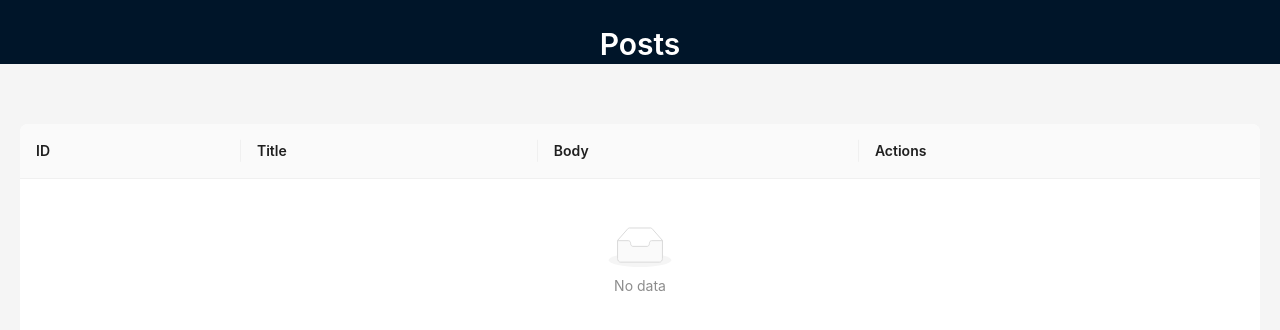
Repository: yasserrrz/Denamo-posts
Page: /
These files come from the project's save history. The page is drawn as it stood at one moment and after a run of saves; the edit follows.
The browser window is 1280 px wide. The pictures show the whole page.
The page's requests for data from a server got no answer. The project was rebuilt for these pictures with package versions that can differ from the ones it lists, and the page was loaded fresh each time. No one was signed in, and anything a server would have sent is missing.

Above is the page before, as saved 2024-11-28 09:59:58.

After the next 2 saves:
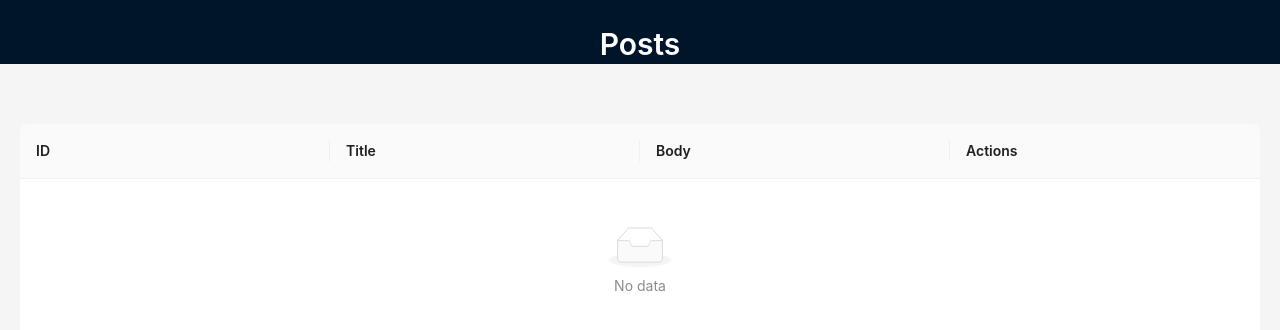
The 2 saves are shown as one change because they came seconds apart.
The last was saved 10 s later.
--- a/src/components/DataTable.tsx
+++ b/src/components/DataTable.tsx
@@ -116,7 +116,7 @@
         columns={columns}
         rowKey="id"
         loading={loading}
-        scroll={true}
+        scroll={{ y: 400 }}
         pagination={{ pageSize: 10 }}
       />
 
